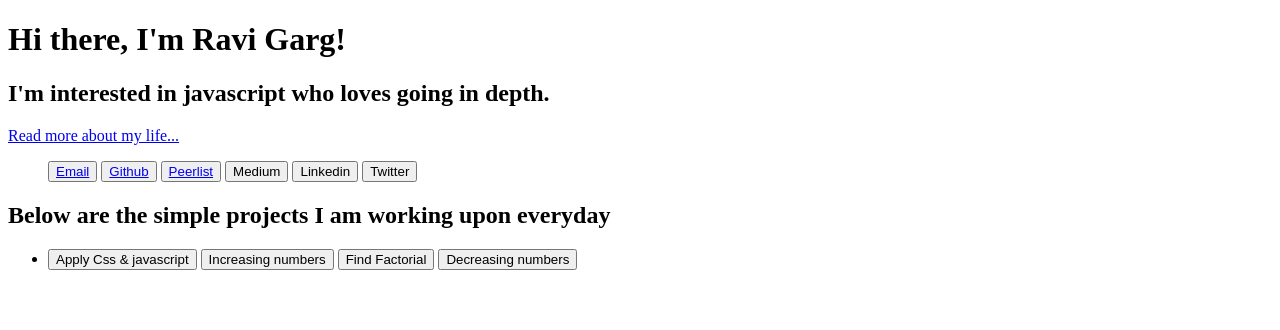
Repository: ravigarg001/musafir
Page: index.html
These files come from the project's save history. The page is drawn as it stood at one moment and after the next save; the edit follows.
The browser window is 1280 px wide. The pictures show the whole page.

Above is the page before, as saved 2022-05-02 09:21:03.

After the next save:
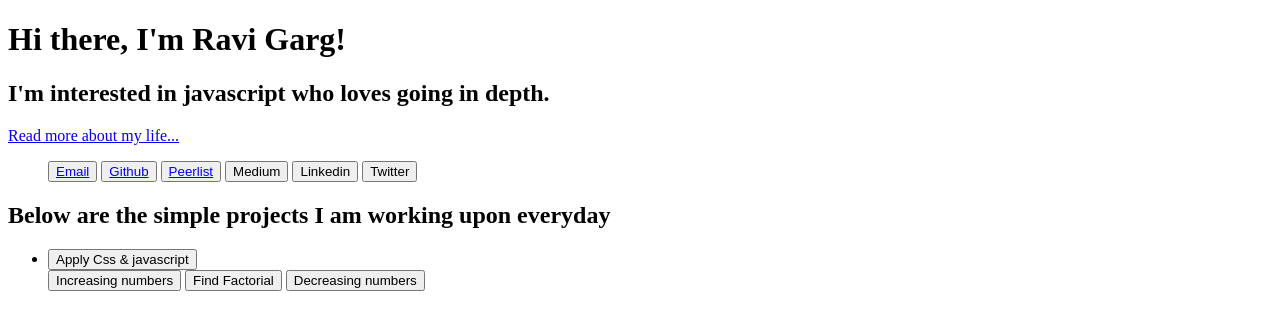
Saved 10 s later.
--- a/index.html
+++ b/index.html
@@ -25,7 +25,7 @@
 </footer>
 <h2>Below are the simple projects I am working upon everyday</h2>
 <ul>
-  <li><button class="cssAdder" onclick="addCssAndJs()">Apply Css & javascript</button>
+  <li><button class="cssAdder" onclick="addCssAndJs()">Apply Css & javascript</button></li>
   <button onclick="inputNumber1()">Increasing numbers </button>
   <button onclick="inputNumber()">Find Factorial</button>
   <button onclick="inputNumber2()">Decreasing numbers</button>
